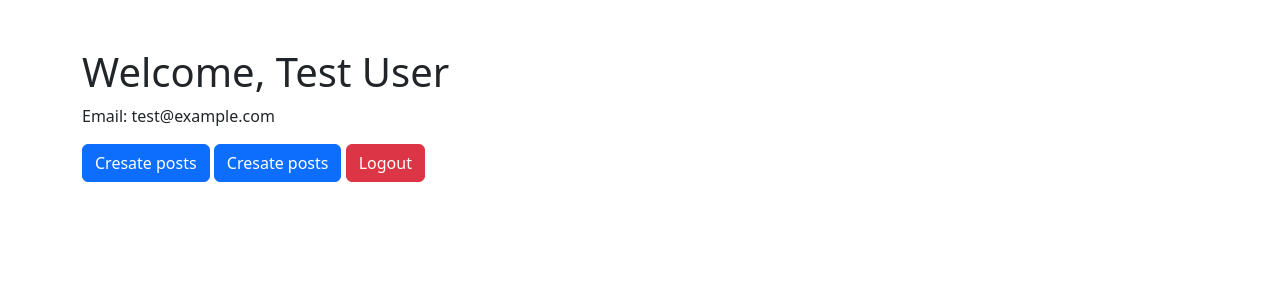
Repository: Abdulahi338/Authentication-using-laravel-11
Page: http://localhost/dashboard
The author's editor kept a copy of each file at every save. The page is drawn from the files as they stood at one save, then again after the next save.
The browser window is 1280 px wide. The pictures show the whole page.
The page is served by the project's Laravel application, run on PHP 8.4 with Laravel 12. A made-up administrator, Test User (test@example.com), is signed in.

Above is the page before, as saved 2024-10-16 11:26:37.

After the next save:
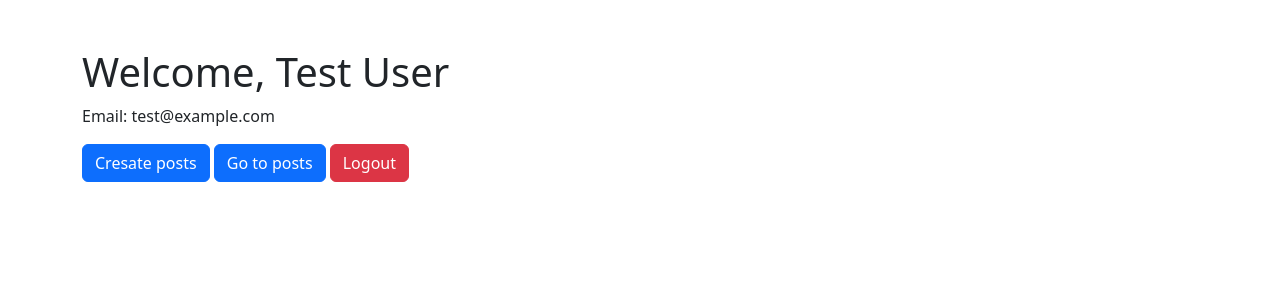
Saved 17 s later.
--- a/resources/views/dashboard.blade.php
+++ b/resources/views/dashboard.blade.php
@@ -20,7 +20,7 @@
         <form action="{{ url('/logout') }}" method="POST">
             @csrf
             <button type="submit" class="btn btn-primary"><a class="nav-link" href="{{ url('/posts/create') }}">Cresate posts</a></button>
-            <button type="submit" class="btn btn-primary"><a class="nav-link" href="{{ url('/posts') }}">Cresate posts</a></button>
+            <button type="submit" class="btn btn-primary"><a class="nav-link" href="{{ url('/posts') }}">Go to posts</a></button>
 
 
             <button type="submit" class="btn btn-danger">Logout</button>
